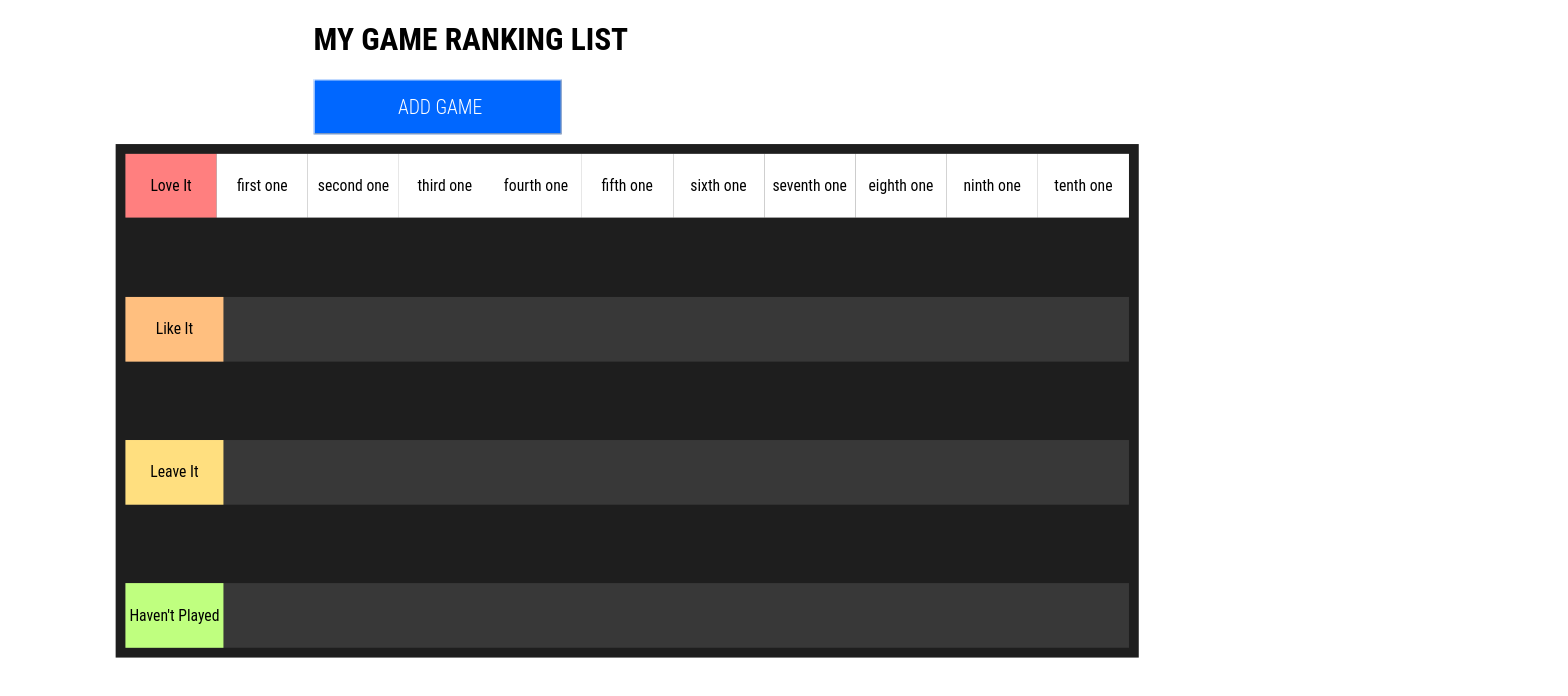
Repository: akiachenise/akiachenise.github.io
Page: JackboxGames_TierList_vanilla/index.html
An editor plug-in stored every save of this project. The page is shown before and after the next save, followed by the edit.
The browser window is 1280 px wide. The page is 1600 px wide, so the pictures cover 1600 px, including what lies to the right of the window. The pictures show the whole page, at 98% of full size.

Above is the page before, as saved 2022-11-26 17:53:33.

After the next save:
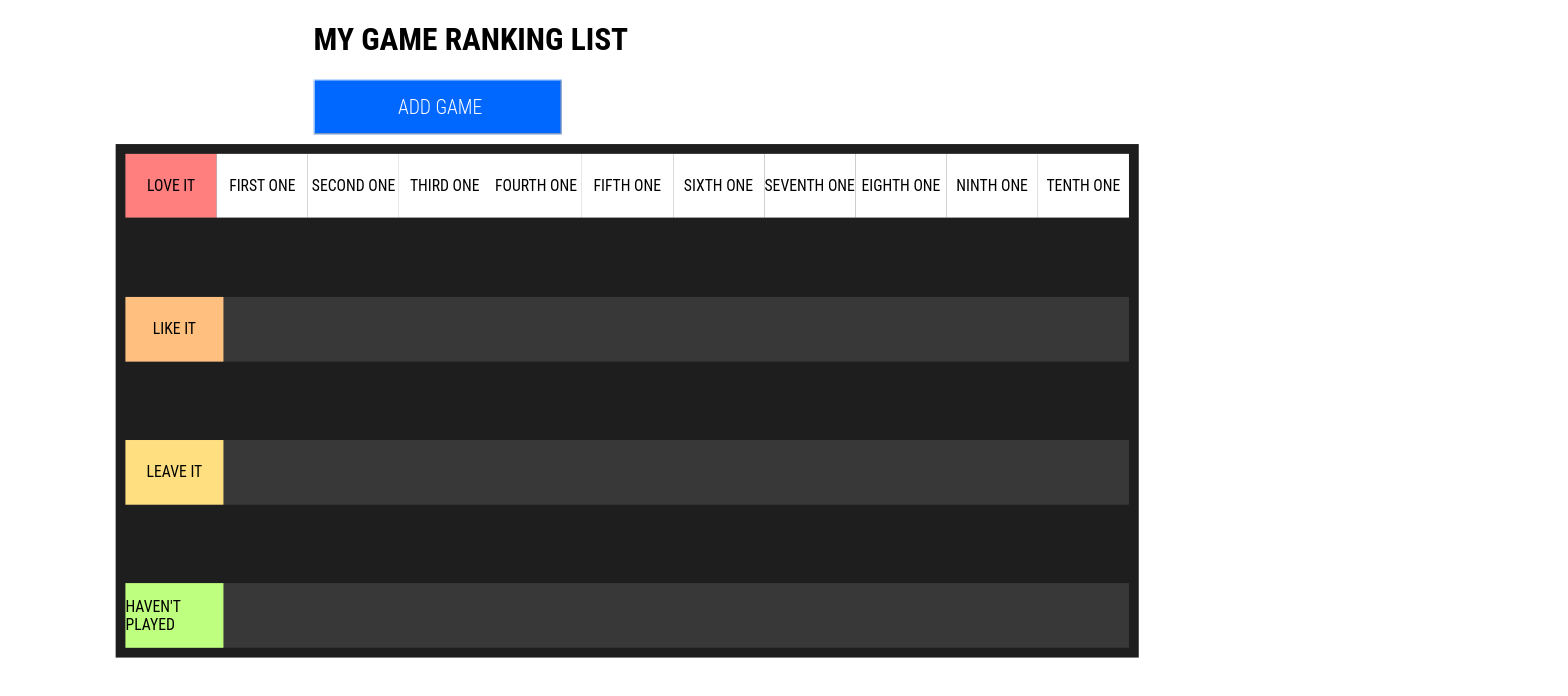
Saved 47 s later.
--- a/JackboxGames_TierList_vanilla/css/stylesheet.css
+++ b/JackboxGames_TierList_vanilla/css/stylesheet.css
@@ -1,5 +1,6 @@
 body {
     font-family: 'Roboto Condensed', Sans-serif;
+    text-transform: uppercase;
     margin: 0;
     display: flex;
     flex-direction: column;
@@ -19,11 +20,7 @@ h1 {
     text-transform: uppercase;
 }
 
-label {
-    font-family: 'Roboto', Sans-serif;
-    text-transform: uppercase;
 
-}
 button {
     font-family: 'Roboto Condensed', Sans-serif;
     font-weight: 100;
